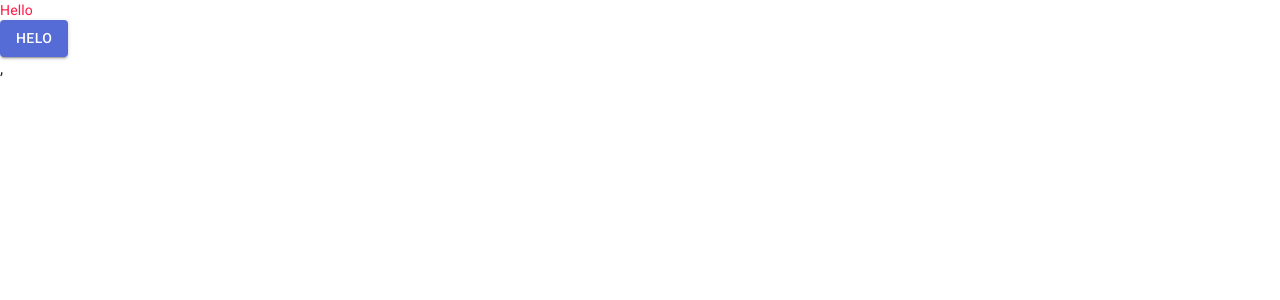
Repository: kieuduc123/trello_web
Page: /
The author's editor kept a copy of each file at every save. The page is drawn from the files as they stood at one save, then again after the next save.
The browser window is 1280 px wide. The pictures show the whole page.
The project was rebuilt for these pictures with package versions that can differ from the ones it lists, and the page was loaded fresh each time. Also part of the build but not shown: vite.config.js.

Above is the page before, as saved 2024-03-14 14:13:28.

### index.html
<!doctype html>
<html lang="en">

<head>
  <meta charset="UTF-8" />
  <link rel="icon" type="image/svg+xml" href="/vite.svg" />
  <meta name="viewport" content="width=device-width, initial-scale=1.0" />
  <title>Trello_App</title>
  <link rel="preconnect" href="https://fonts.googleapis.com" />
  <link rel="preconnect" href="https://fonts.gstatic.com" crossorigin />
  <link rel="stylesheet" href="https://fonts.googleapis.com/css2?family=Roboto:wght@300;400;500;700&display=swap" />
</head>

<body>
  <div id="root"></div>
  <script type="module" src="/src/main.jsx"></script>
</body>

</html>

### src/main.jsx
import * as React from 'react';
import { createRoot } from 'react-dom/client';
import CssBaseline from '@mui/material/CssBaseline';
import { ThemeProvider } from '@mui/material/styles';
import App from './App';
import theme from './them';


const rootElement = document.getElementById('root');
const root = createRoot(rootElement);

root.render(
  <React.StrictMode>
    <ThemeProvider theme={theme}>
      <CssBaseline />
      <App/>
    </ThemeProvider>
    ,
  </React.StrictMode>,
);

### src/App.jsx
import { Button, Typography } from '@mui/material';

const App = () => {
  return (
    <div>
      <Typography variant='body2' color='error'>
        Hello
      </Typography>
      <Button
        variant="contained">Helo</Button>
    </div>
  );
};

export default App;

### src/them.js
import { createTheme } from '@mui/material/styles';
import { red } from '@mui/material/colors';

// Create a theme instance.
const theme = createTheme({
  palette: {
    mode: 'light',
    primary: {
      main: '#556cd6',
    },
    secondary: {
      main: '#19857b',
    },
    error: {
      main: red.A400,
    },
  },
});

export default theme;

After the next save:
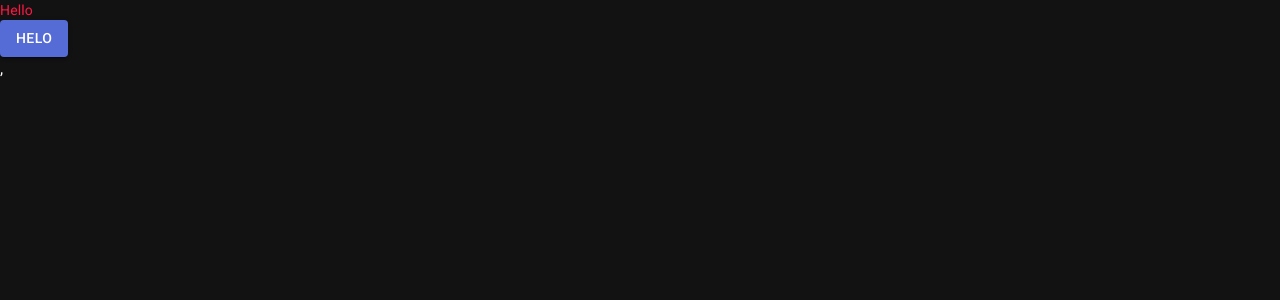
Saved 41 s later.
--- a/src/them.js
+++ b/src/them.js
@@ -4,7 +4,7 @@
 // Create a theme instance.
 const theme = createTheme({
   palette: {
-    mode: 'light',
+    mode: 'dark',
     primary: {
       main: '#556cd6',
     },

After the save that followed:
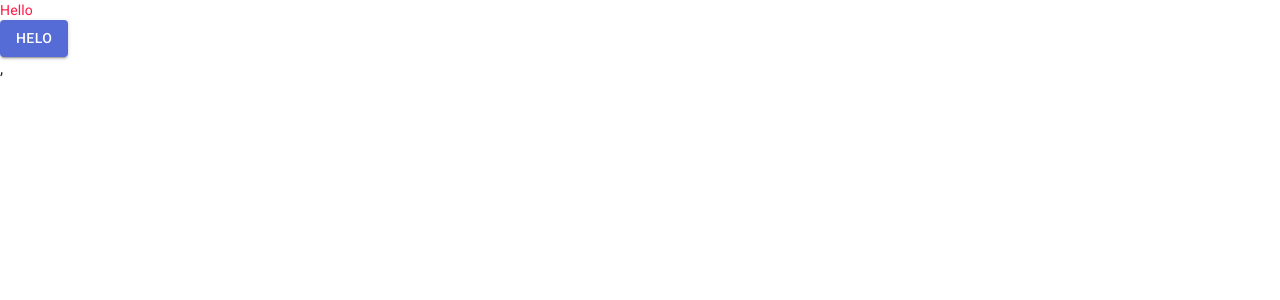
Saved 59 s later.
--- a/src/them.js
+++ b/src/them.js
@@ -4,7 +4,7 @@
 // Create a theme instance.
 const theme = createTheme({
   palette: {
-    mode: 'dark',
+    mode: 'light',
     primary: {
       main: '#556cd6',
     },
